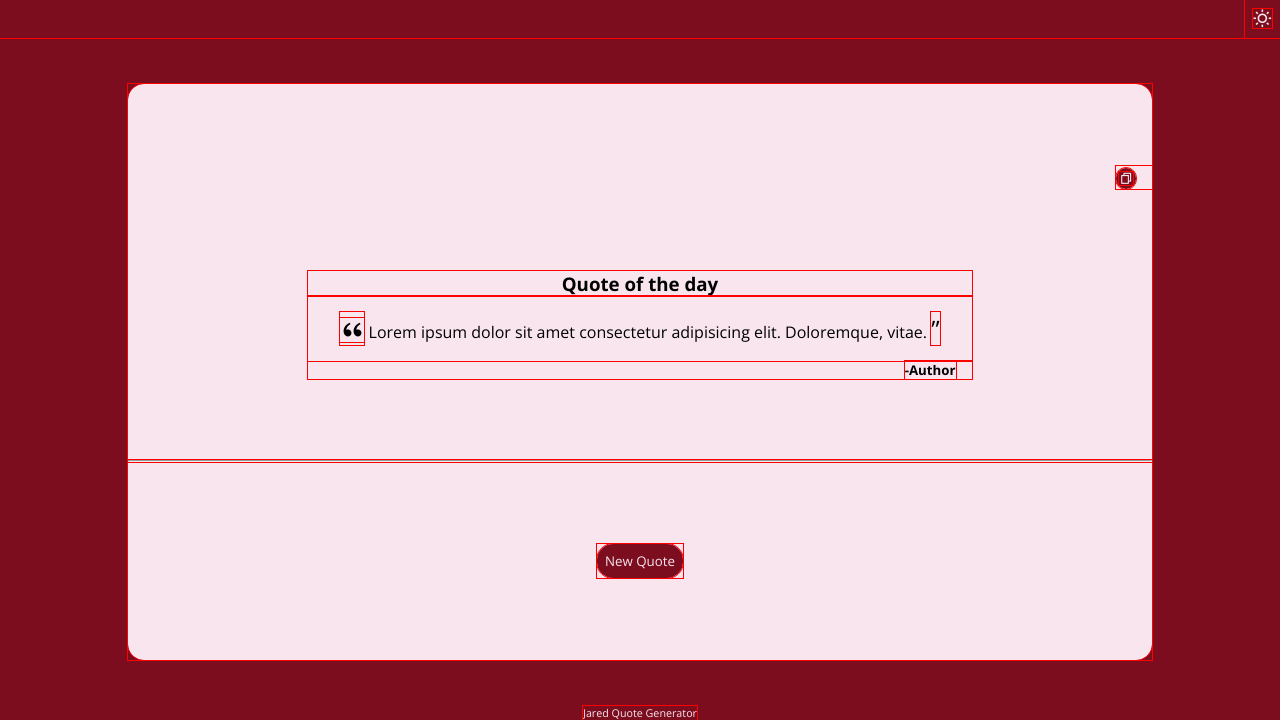
Repository: EguJaredoBoyd/Jared-Quote-Generator
Page: html/main.html
The author's editor kept a copy of each file at every save. The page is drawn from the files as they stood at one save, then again after the next save.
The browser window is 1280 px wide. The pictures show the whole page.
Some web libraries are served in a nearby version.

Above is the page before, as saved 2026-01-09 21:03:21.

### html/main.html
<!DOCTYPE html>
<html lang="en">
  <head>
    <meta charset="UTF-8" />
    <meta name="viewport" content="width=device-width, initial-scale=1.0" />
    <link rel="stylesheet" href="../css/style.css" />
    <script src="../js/main.js" defer></script>
    <link
      href="https://cdn.jsdelivr.net/npm/remixicon@4.8.0/fonts/remixicon.css"
      rel="stylesheet"
    />
    <link rel="preconnect" href="https://fonts.googleapis.com" />
    <link rel="preconnect" href="https://fonts.gstatic.com" crossorigin />
    <link
      href="https://fonts.googleapis.com/css2?family=Open+Sans:ital,wght@0,300..800;1,300..800&display=swap"
      rel="stylesheet"
    />
    <title>Document</title>
  </head>
  <body>
    <div class="container">
      <header>
        <button><i class="ri-sun-line"></i></button>
      </header>
      <main>
        <div class="quote-container">
          <div class="quote-container__copy">
            <button><i class="ri-file-copy-line"></i></button>
          </div>
          <div class="quote-container__quotes">
            <h3>Quote of the day</h3>
            <p>
              <span><i class="ri-double-quotes-l"></i></span> Lorem ipsum dolor
              sit amet consectetur adipisicing elit. Doloremque, vitae.
              <span>&rdquo;</span>
            </p>
            <div class="quote-container__author">
              <h5>-Author</h5>
            </div>
          </div>
          <hr />
          <div class="quote-container__new--quote">
            <button>New Quote</button>
          </div>
        </div>
      </main>
      <footer>
        <div class="footer__developer">
          <h6>Jared Quote Generator</h6>
        </div>
      </footer>
    </div>
  </body>
</html>

### css/style.css
* {
  margin: 0;
  padding: 0;
  box-sizing: border-box;

  outline: 1px solid red;
}

:root {
  --background-color: #7b0d1e;
  --card-color: #f8e5ee;
  --text-color: black;
  --button-color: #7b0d1e;
}

html {
  font-size: 16px;
}

.lighter-theme {
  --background-color: #f8e5ee;
  --card-color: #7b0d1e;
  --text-color: whitesmoke;
  --button-color: #f8e5ee;
}

body {
  font-family: "Open Sans", sans-serif;
  background-color: var(--background-color);
}

.container {
  height: 100vh;
  display: flex;
  flex-direction: column;
  justify-content: space-between;
  align-items: center;
}

header {
  display: flex;
  justify-content: flex-end;
  width: 100%;
}

header button {
  border: none;
  background: none;
  color: var(--card-color);
  font-size: larger;
  padding: 0.5rem;
}

.quote-container {
  display: flex;
  flex-direction: column;
  justify-content: space-evenly;
  align-items: center;
  height: 80vh;
  width: 80vw;
  max-width: 80vw;
  background-color: var(--card-color);
  border-radius: 1rem;
}

.quote-container__copy {
  align-self: self-end;
  padding-right: 1rem;
}

.quote-container__copy button {
  background-color: var(--button-color);
  color: var(--card-color);
  border: none;
  border-radius: 1rem;
  padding: 0.2rem;
}

.quote-container__quotes {
  max-width: 100%;
  max-height: 100%;
}

.quote-container__quotes h3 {
  text-align: center;
}

.quote-container__quotes p {
  max-width: 100%;
  max-height: 40vh;
  overflow-y: auto;
  padding: 1rem 2rem;
  overflow-wrap: break-word;
  text-align: center;
}

.quote-container__quotes span {
  font-size: 1.5rem;
}

.quote-container__author {
  justify-self: end;
  padding-right: 1rem;
}

.quote-container hr {
  width: 100%;
}

.quote-container__new--quote button {
  background-color: var(--button-color);
  color: var(--card-color);
  padding: 0.5rem;
  border: none;
  border-radius: 1rem;
  font-family: "Open Sans", sans-serif;
}

.footer__developer h6 {
  color: var(--card-color);
  font-weight: 300;
}

Loaded but not shown: js/main.js (no copy from this time; the picture is the same without it)

After the next save:
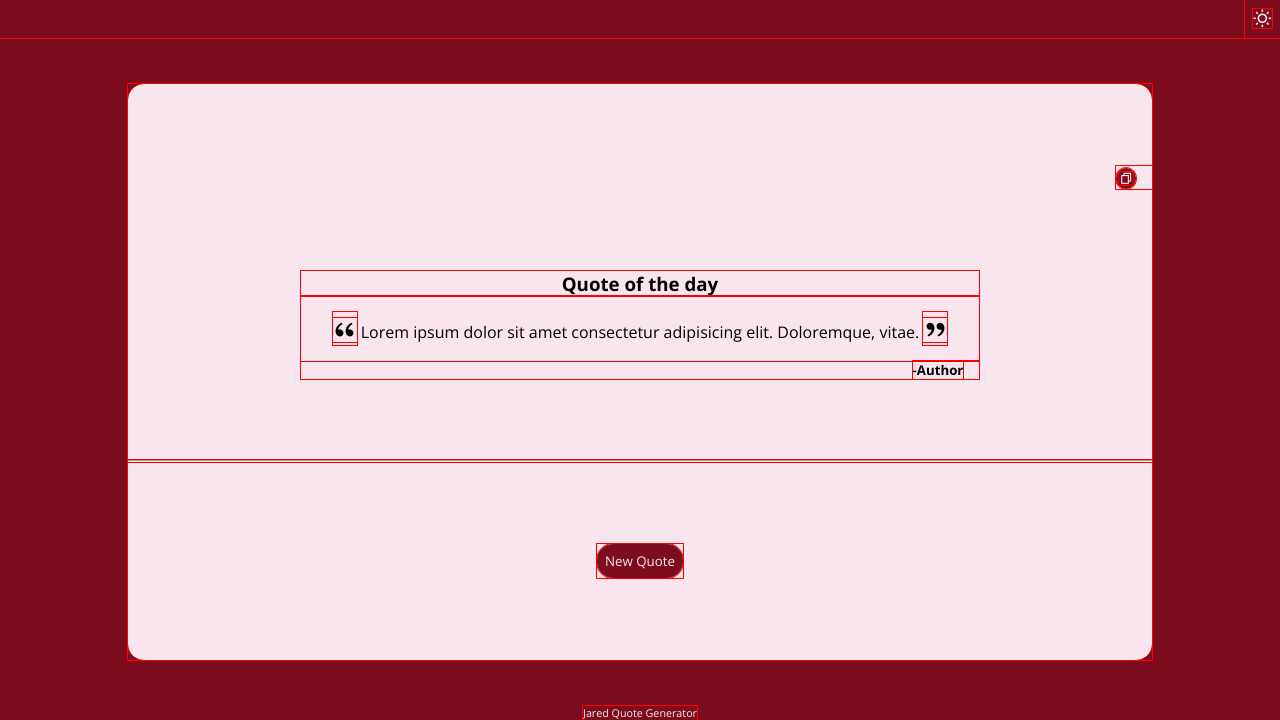
Saved 32 s later.
--- a/html/main.html
+++ b/html/main.html
@@ -32,7 +32,7 @@
             <p>
               <span><i class="ri-double-quotes-l"></i></span> Lorem ipsum dolor
               sit amet consectetur adipisicing elit. Doloremque, vitae.
-              <span>&rdquo;</span>
+              <span><i class="ri-double-quotes-r"></i></span>
             </p>
             <div class="quote-container__author">
               <h5>-Author</h5>
